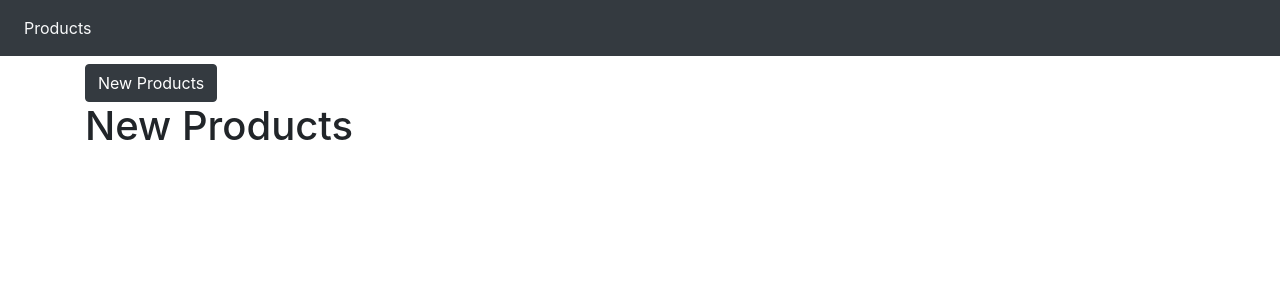
Repository: Aniksaha19/curd
Page: http://localhost/product/create
An editor plug-in stored every save of this project. The page is shown before and after a run of saves, followed by the edit.
The browser window is 1280 px wide. The pictures show the whole page.
The page is served by the project's Laravel application, run on PHP 8.4 with Laravel 10.

Above is the page before, as saved 2023-06-01 16:34:05.

After the next 4 saves:
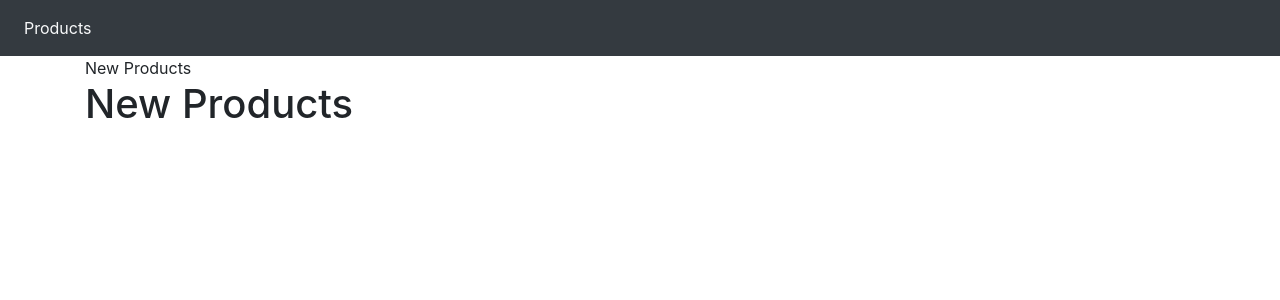
The 4 saves are shown as one change because they came seconds apart.
The last was saved 21 s later.
--- a/resources/views/products/create.blade.php
+++ b/resources/views/products/create.blade.php
@@ -21,7 +21,7 @@
             </ul>
         </nav>
         <div class="container">
-            <div>
+            <div class="text-right>
                 <a href="product/create" class="btn btn-dark mt-2">New Products</a>
             </div>
             <h1> New Products</h1>
